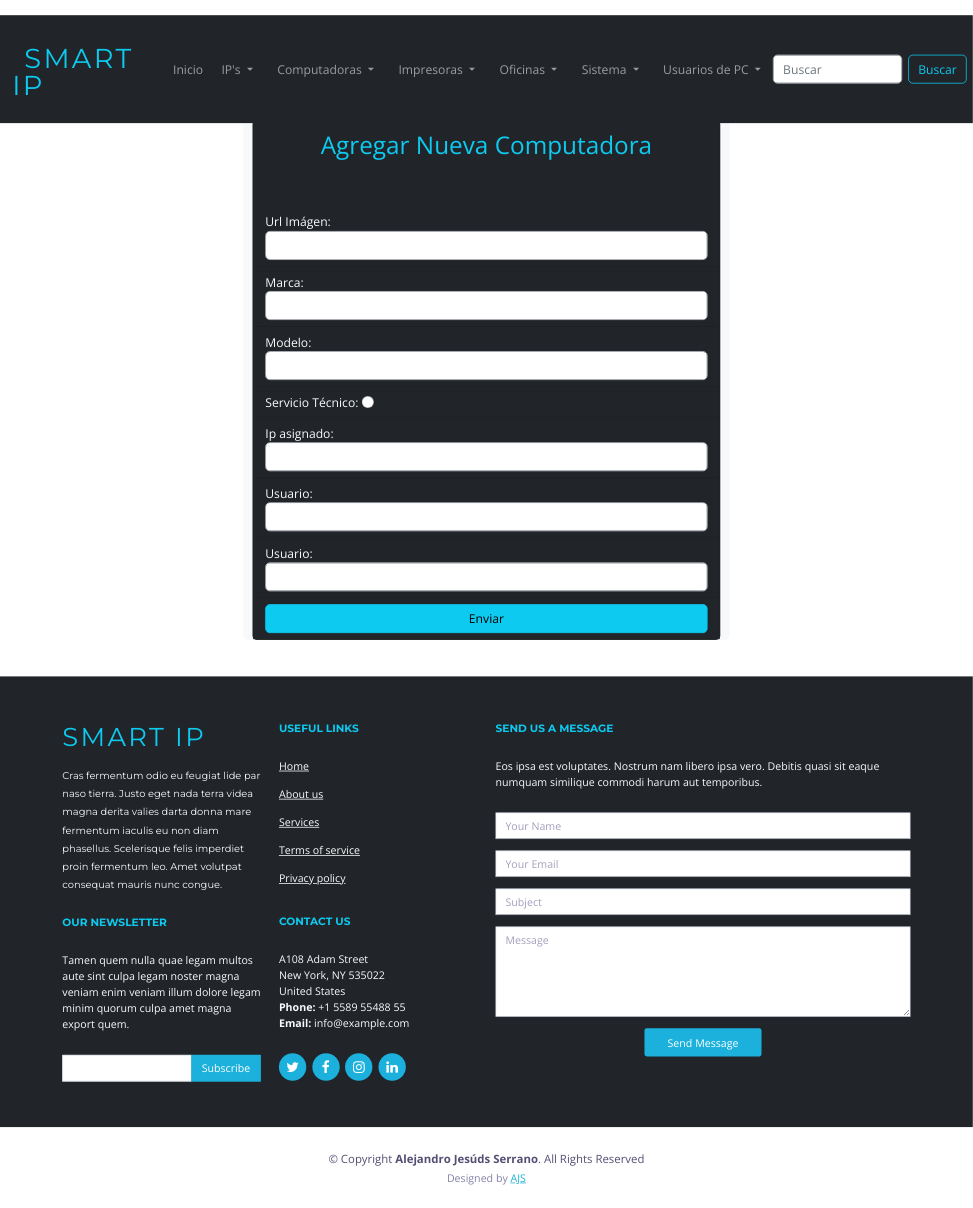
Repository: AlejandroJesusSerrano/SmartIPs
Page: smartip/smartipnav/templates/smartipnav/printer_form.html
The author's editor kept a copy of each file at every save. The page is drawn from the files as they stood at one save, then again after the next save.
The browser window is 1280 px wide. The pictures show the whole page, at 76% of full size.
The page is served by the project's application, run on Django 4.2 (smartip/manage.py). The template is opened directly, without the code that normally fills it, so the values that code supplies are empty.

Above is the page before, as saved 2022-11-14 12:32:28.

After the next save:
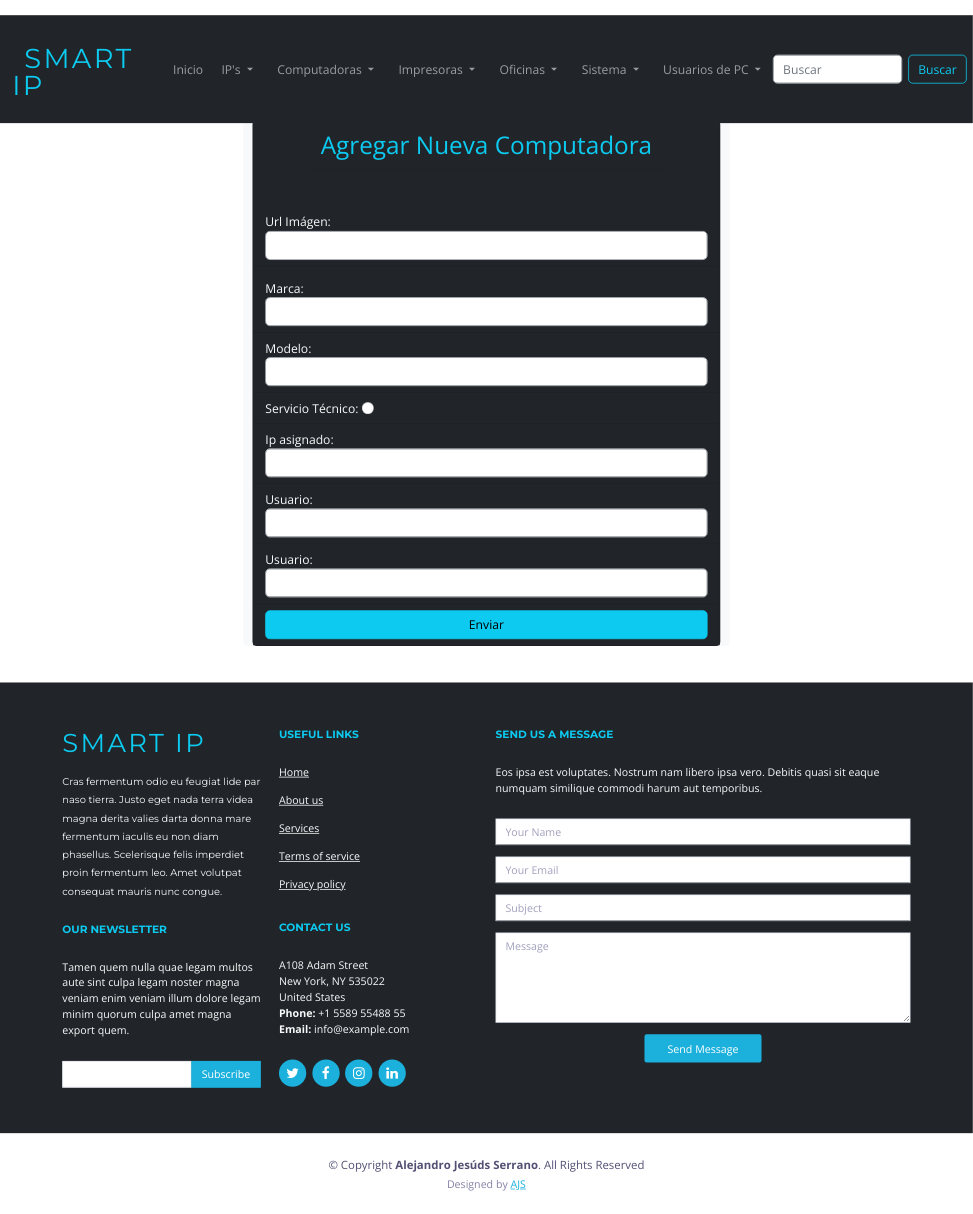
Saved 55 s later.
--- a/smartip/smartipnav/templates/smartipnav/printer_form.html
+++ b/smartip/smartipnav/templates/smartipnav/printer_form.html
@@ -15,7 +15,7 @@
                         <input class="form-control" type="url" name="printer_image" id="printer_image">
                     </li>
                     <li class="list-group-item bg-dark">
-                        <label class="form-control-label text-light" for="printer_brand">Marca: </label>
+                        <label class="form-control-label text-light mt-2" for="printer_brand">Marca: </label>
                         <input class="form-control" type="text" name="printer_brand" id="printer_brand">
                     </li>
                     <li class="list-group-item bg-dark">

After the save that followed:
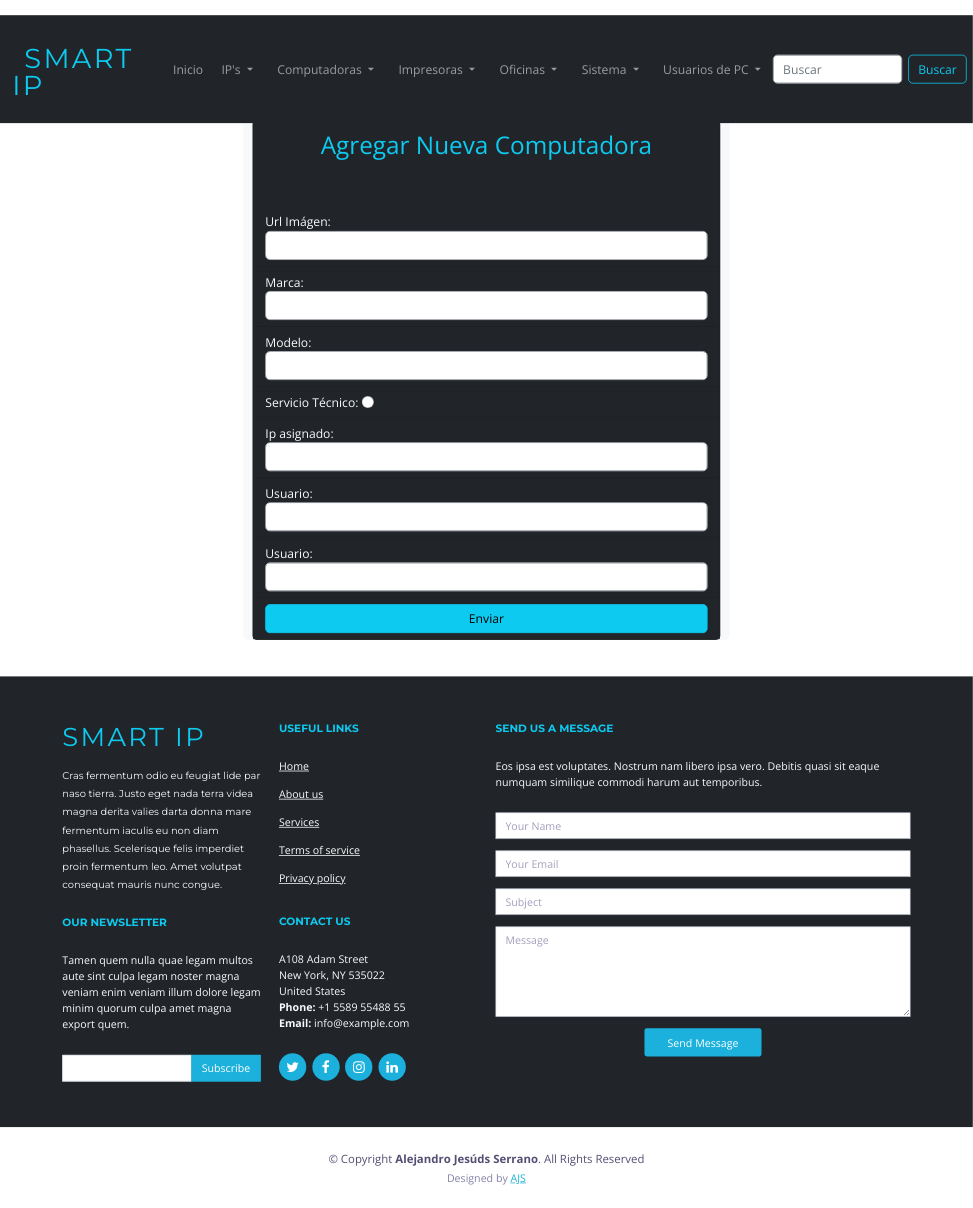
Saved 9 s later.
--- a/smartip/smartipnav/templates/smartipnav/printer_form.html
+++ b/smartip/smartipnav/templates/smartipnav/printer_form.html
@@ -15,7 +15,7 @@
                         <input class="form-control" type="url" name="printer_image" id="printer_image">
                     </li>
                     <li class="list-group-item bg-dark">
-                        <label class="form-control-label text-light mt-2" for="printer_brand">Marca: </label>
+                        <label class="form-control-label text-light mt-0" for="printer_brand">Marca: </label>
                         <input class="form-control" type="text" name="printer_brand" id="printer_brand">
                     </li>
                     <li class="list-group-item bg-dark">
